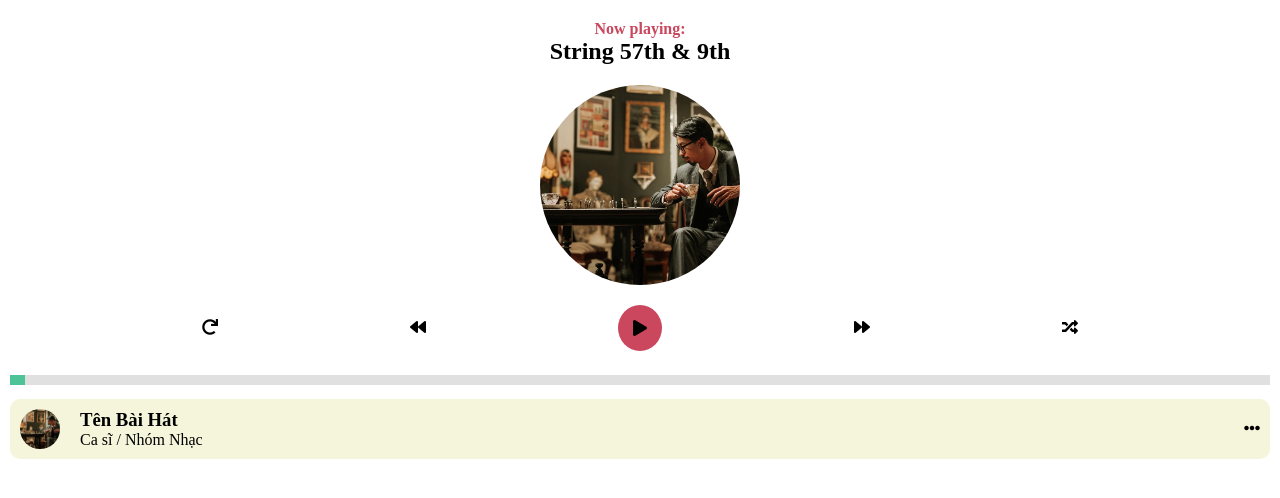
Repository: dovanthao2404/AppMusicPlayer
Page: index.html
An editor plug-in stored every save of this project. The page is shown before and after the next save, followed by the edit.
The browser window is 1280 px wide. The pictures show the whole page.

Above is the page before, as saved 2021-06-28 10:42:52.

### index.html
<!DOCTYPE html>
<html lang="en">

<head>
  <meta charset="UTF-8">
  <meta http-equiv="X-UA-Compatible" content="IE=edge">
  <meta name="viewport" content="width=device-width, initial-scale=1.0">
  <title>Music</title>
  <!-- FONTAWESOME -->
  <link rel="stylesheet" href="https://cdnjs.cloudflare.com/ajax/libs/font-awesome/5.15.3/css/all.min.css"
    integrity="sha512-iBBXm8fW90+nuLcSKlbmrPcLa0OT92xO1BIsZ+ywDWZCvqsWgccV3gFoRBv0z+8dLJgyAHIhR35VZc2oM/gI1w=="
    crossorigin="anonymous" referrerpolicy="no-referrer" />
  <!-- MAIN CSS -->
  <link rel="stylesheet" href="./css/app.css">
</head>

<body>
  <div class="player">
    <div class="dashboards">
      <!-- HEADER -->
      <header>
        <h4>Now playing:</h4>
        <h2>String 57th & 9th</h2>
      </header>

      <!-- CD -->
      <div id="cd" class="cd">
        <div class="thumb">
          <img src="./img/loinho.jpg" alt="">
        </div>
      </div>

      <!-- CONTROL -->
      <div class="controls" class="controls">
        <div class="btn btn-repeat">
          <i class="fa fa-redo"></i>
        </div>
        <div class="btn btn-prev">
          <i class="fa fa-backward"></i>
        </div>
        <div class="btn btn-toggle-play">
          <i class="fa fa-play"></i>
          <i class="fa fa-pause"></i>
        </div>
        <div class="btn btn-next">
          <i class="fa fa-forward"></i>
        </div>
        <div class="btn btn-random">
          <i class="fa fa-random"></i>
        </div>
      </div>

      <!-- PROGRESS -->
      <input id="progress" class="progress" value="0" step="1" min="0" max="100" type="range">

      <!-- AUDIO -->
      <audio id="audio" src="./music/trontim.mp3"></audio>

      <!-- PLAY LIST -->
      <div class="playlist">
        <div class="song">
          <div class="thumb">
            <img src="./img/loinho.jpg" alt="">
          </div>
          <div class="body">
            <h3 class="title">Tên Bài Hát</h3>
            <p class="author">Ca sĩ / Nhóm Nhạc</p>
          </div>
          <div class="option">
            <i class="fa fa-ellipsis-h"></i>
          </div>
        </div>
      </div>
    </div>
  </div>
  <script src="./js/app.js"></script>
</body>

</html>

### css/app.css
/* GLOBAL */
* {
  padding: 0;
  margin: 0;
  box-sizing: border-box;
}
/* PLAYER */
.dashboards {
  margin: 0 10px;
}
header {
  text-align: center;
  margin: 20px 0;
}
header h4 {
  color: rgb(202, 71, 93);
}
.cd {
  position: relative;
}
.cd .thumb {
  width: 200px;
  height: 200px;
  position: absolute;
  top: 50%;
  left: 50%;
  transform: translate(-50%);
}
.cd .thumb img {
  border-radius: 50%;
  width: 100%;
  height: 100%;
  object-fit: cover;
}
.controls {
  display: flex;
  justify-content: space-evenly;
  align-items: center;
  margin-top: 240px;
  margin-bottom: 20px;
}
.btn-toggle-play .fa {
  padding: 15px;
  border-radius: 50%;
  background-color: rgb(202, 71, 93);
}
.controls .fa-pause {
  display: none;
}
.progress {
  -webkit-appearance: none;
  width: 100%;
  height: 10px;
  background: #d3d3d3;
  outline: none;
  opacity: 0.7;
  transition: opacity 0.2s;
}
.progress::-webkit-slider-thumb {
  -webkit-appearance: none;
  appearance: none;
  width: 15px;
  height: 10px;
  background: #04aa6d;
  cursor: pointer;
}
.progress::-moz-range-thumb {
  width: 10px;
  height: 10px;
  background: #04aa6d;
  cursor: pointer;
}
.song {
  margin: 10px 0;
  background-color: beige;
  display: flex;
  align-items: center;
  padding: 10px;
  border-radius: 10px;
  position: relative;
}
.song .thumb {
  width: 40px;
  height: 40px;
}
.song .thumb img {
  width: 100%;
  height: 100%;
  border-radius: 50%;
  object-fit: cover;
}
.song .body {
  margin-left: 20px;
}
.song .option {
  position: absolute;
  right: 0;
  margin-right: 10px;
}

Loaded but not shown: js/app.js (no stored copy; drawn as an empty file)

After the next save:
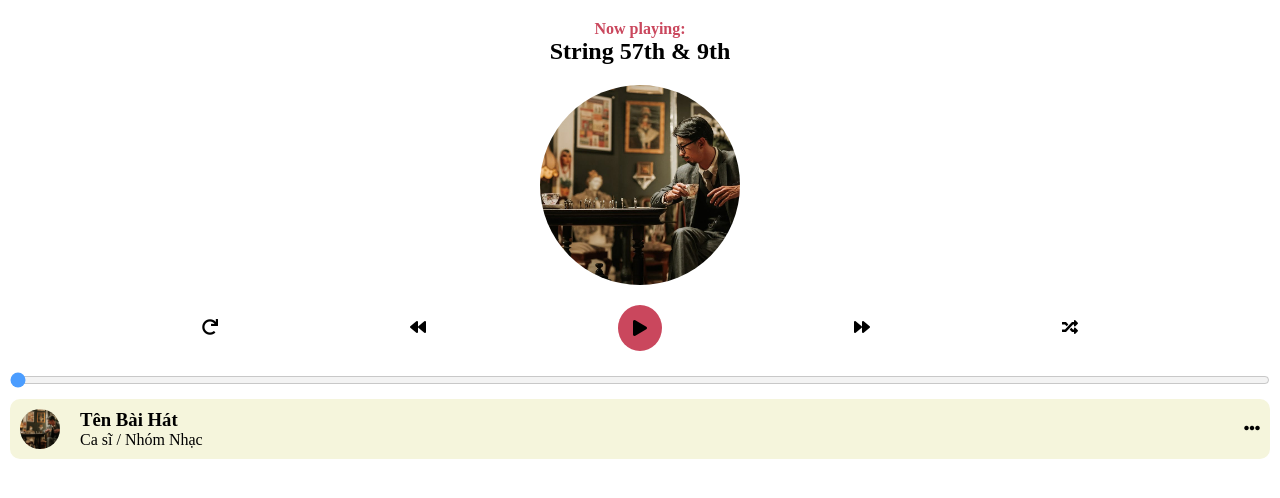
Saved 48 s later.
--- a/css/app.css
+++ b/css/app.css
@@ -48,7 +48,7 @@
   display: none;
 }
 .progress {
-  -webkit-appearance: none;
+  -webkit-appearance: scrollbargripper-vertical;
   width: 100%;
   height: 10px;
   background: #d3d3d3;

After the save that followed:
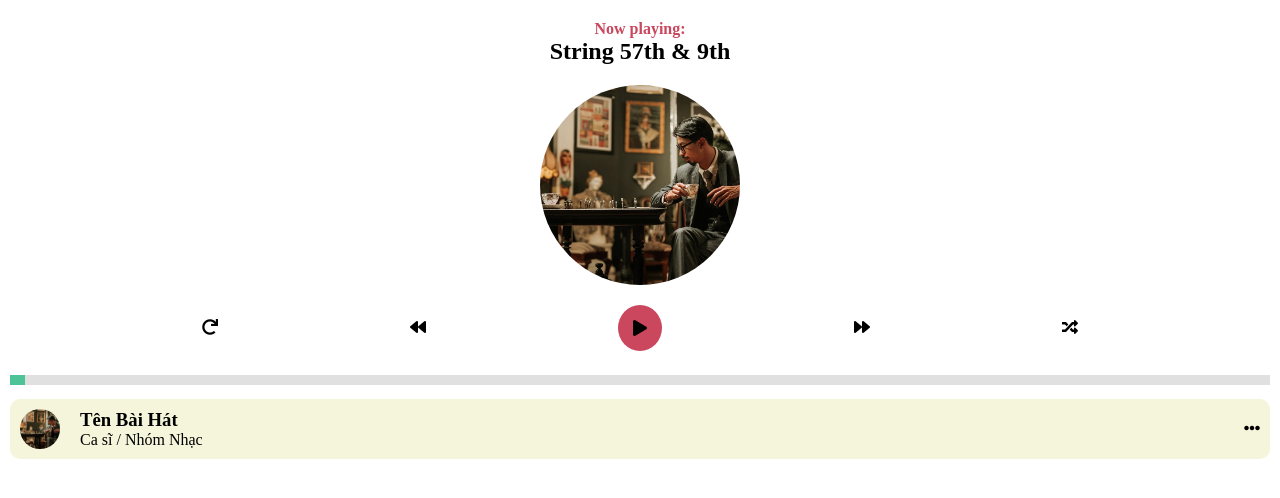
Saved 7 s later.
--- a/css/app.css
+++ b/css/app.css
@@ -48,7 +48,7 @@
   display: none;
 }
 .progress {
-  -webkit-appearance: scrollbargripper-vertical;
+  -webkit-appearance: none;
   width: 100%;
   height: 10px;
   background: #d3d3d3;
